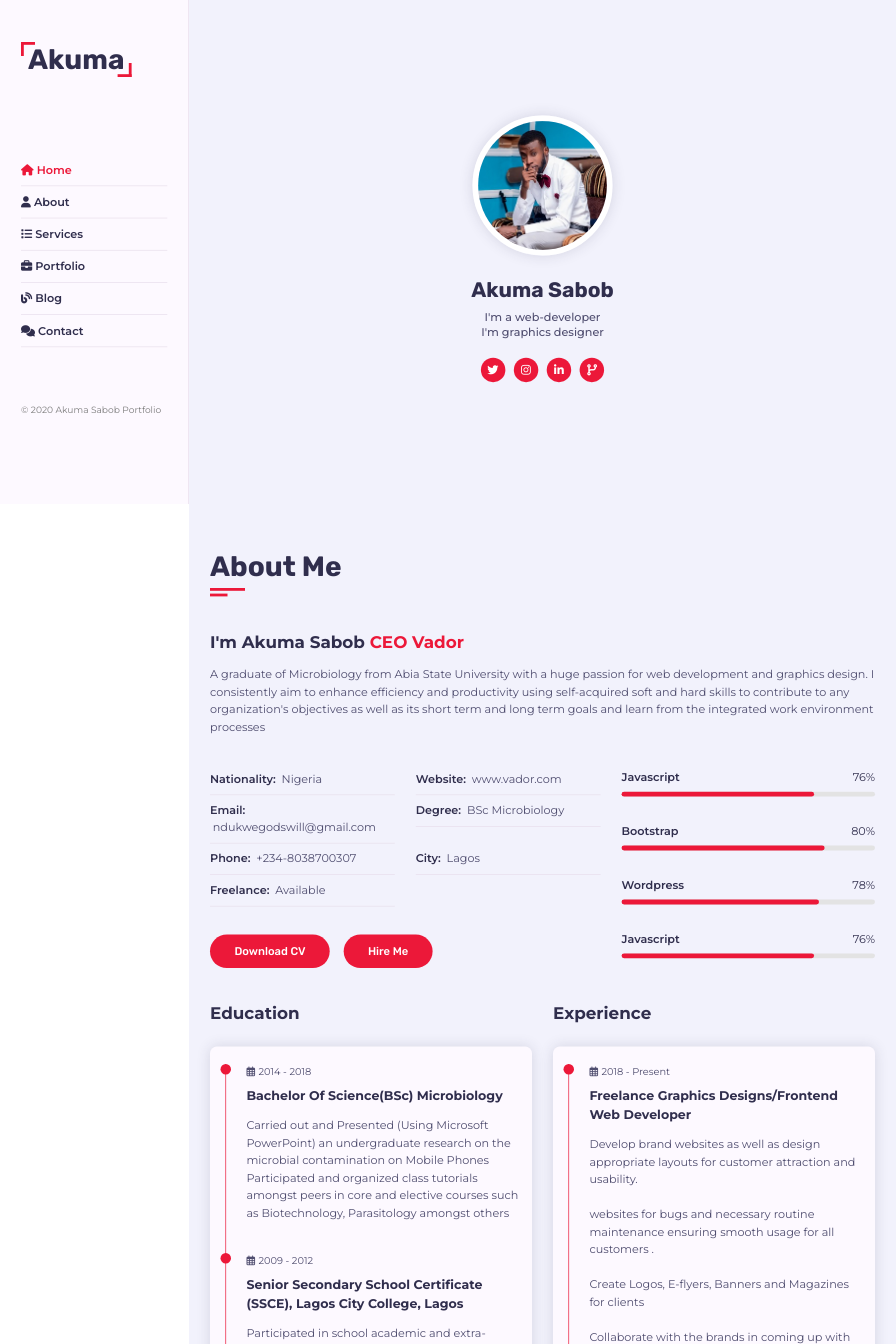
Repository: Akuma001/MY-Portfolio
Page: index.html
The author's editor kept a copy of each file at every save. The page is drawn from the files as they stood at one save, then again after the next save.
The browser window is 1280 px wide. The pictures show the part of the page from y = 0 to 1920 px (the page is 4377 px tall before and 720 px after), at 70% of full size.
Some web libraries are served in a nearby version.

Above is the page before, as saved 2020-12-15 22:30:51.

### index.html
<!DOCTYPE html>
<html lang="en">
<head>
  <title>Akuma Sabob</title>
  <meta charset="utf-8">
  <meta name="viewport" content="width=device-width, initial-scale=1">
   <!-- Template css Files -->
	<link rel="stylesheet" href="./css/style.css" type="text/css">
  <link rel="stylesheet" href="./css/skins/pink.css" type="text/css">
  <!-------Favcon icon-------->
  <link href="./images/favicon.ico" rel="icon" type="image/x-icon" />
  <!------------Font-Awesome---------------->
  <script src="https://kit.fontawesome.com/bd6f97032f.js" crossorigin="anonymous"></script>
</head>
<body>
<!-----------Main------------->
<div class="main-container">
<!-----------Side------------->
  <div class="aside">
    <div class="logo">
      <a href="#">Akuma</a>
    </div>

     <!----------Nav toggler---------->
     <div class="nav-toggler">
       <span></span>
     </div>
     <!----------Nav toggler---------->

    <!----------Nav Bar---------->
    <ul class="nav">
      <li><a href="#" class="active"><i class="fa fa-home"></i> Home</a></li>
      <li><a href="#"><i class="fa fa-user"></i> About</a></li>
      <li><a href="#"><i class="fa fa-list"></i> Services</a></li>
      <li><a href="#"><i class="fa fa-briefcase"></i> Portfolio</a></li>
      <li><a href="#"><i class="fas fa-blog"></i> Blog</a></li>
      <li><a href="#"><i class="fa fa-comments"></i> Contact</a></li>
    </ul>
    <div class="copyright-text">
      &copy; 2020 Akuma Sabob Portfolio
    </div>

  </div>
<!-----------Side End------------->

<!-----------Main content------------->
  <div class="main-content">

    <section class="home section">
      <div class="container">
        <div class="intro">
          <img src="./images/profile.jpg" alt="Profile" class="shadow-dark">
          <h1>Akuma Sabob</h1>
          <p>I'm a web-developer <br> I'm graphics designer</p>
          <div class="social-link">
            <a href="#"><i class="fa fa-twitter"></i></a>
            <a href="#"><i class="fa fa-instagram"></i></a>
            <a href="#"><i class="fa fa-linkedin"></i></a>
            <a href="#"><i class="fas fa-code-branch"></i></a>
          </div>
        </div>
      </div>
    </section>

    <!-----------About------------->

      <section class="about section ">
        <div class="container">
          <div class="row">
            <div class="section-title padd-15">
              <h2>About Me</h2>
            </div>
          </div>
          <div class="row">
            <div class="about-content padd-15">
              <div class="row">
                <div class="about-text padd-15">
                  <h3>I'm Akuma Sabob <span> CEO Vador </span></h3>
                  <p>A graduate of Microbiology from Abia State University with a huge
                    passion for web development and graphics design. I consistently aim
                    to enhance efficiency and productivity using self-acquired soft and
                    hard skills to contribute to any organization's objectives as well as its
                    short term and long term goals and learn from the integrated work
                    environment processes</p>
                </div>
              </div>
              <div class="row">
                <div class="personal-info padd-15">
                  <div class="row">
                    <div class="info-item padd-15">
                      <p>Nationality: <span>Nigeria</span></p>
                    </div>
                    <div class="info-item padd-15">
                      <p>Website: <span>www.vador.com</span></p>
                    </div>
                    <div class="info-item padd-15">
                      <p>Email: <span>ndukwegodswill@gmail.com</span></p>
                    </div>
                    <div class="info-item padd-15">
                      <p>Degree: <span>BSc Microbiology</span></p>
                    </div>
                    <div class="info-item padd-15">
                      <p>Phone: <span>+234-8038700307</span></p>
                    </div>
                    <div class="info-item padd-15">
                      <p>City: <span>Lagos</span></p>
                    </div>
                    <div class="info-item padd-15">
                      <p>Freelance: <span>Available</span></p>
                    </div>
                  </div>
                  <div class="row">
                    <div class="buttons padd-15">
                      <a href="#" class="btn">Download CV</a>
                      <a href="#" class="btn">Hire Me</a>
                    </div>
                  </div>
                </div>
                <div class="skills padd-15">
                  <div class="row">
                    <div class="skill-item padd-15">
                      <h5>Javascript</h5>
                      <div class="progress">
                        <div class="progress-in" style="width: 76%;"></div>
                        <div class="skill-percent">76%</div>
                      </div>
                    </div>
                    <div class="skill-item padd-15">
                      <h5>Bootstrap</h5>
                      <div class="progress">
                        <div class="progress-in" style="width: 80%;"></div>
                        <div class="skill-percent">80%</div>
                      </div>
                    </div>
                    <div class="skill-item padd-15">
                      <h5>Wordpress</h5>
                      <div class="progress">
                        <div class="progress-in" style="width: 78%;"></div>
                        <div class="skill-percent">78%</div>
                      </div>
                    </div>
                    <div class="skill-item padd-15">
                      <h5>Javascript</h5>
                      <div class="progress">
                        <div class="progress-in" style="width: 76%;"></div>
                        <div class="skill-percent">76%</div>
                      </div>
                    </div>
                  </div>
                </div>
              </div>

              <div class="row">
                <div class="education padd-15">
                  <h3 class="title">Education</h3>
                  <div class="row">
                    <div class="timeline-box padd-15">
                    <div class="timeline shadow-dark">
                      <!-----------Timeline item------------->
                      <div class="timeline-item">
                        <div class="circle-dot"></div>
                          <h6 class="timeline-date">
                            <i class="far fa-calendar-alt"></i>2014 - 2018
                          </h6>
                          <h4 class="timeline-title">Bachelor of Science(BSc) Microbiology</h4>
                          <p class="timeline-text">
                            Carried out and Presented (Using Microsoft PowerPoint) an undergraduate research on
                            the microbial contamination on Mobile Phones <br>Participated and organized class tutorials
                            amongst peers in core and elective courses such as Biotechnology, Parasitology amongst others
                          </p>
                        </div>
                         <!-----------Timeline item End------------->
                         <!-----------Timeline item------------->
                      <div class="timeline-item">
                        <div class="circle-dot"></div>
                          <h6 class="timeline-date">
                            <i class="far fa-calendar-alt"></i>2009 - 2012
                          </h6>
                          <h4 class="timeline-title">Senior Secondary School Certificate (SSCE), Lagos City College, Lagos</h4>
                          <p class="timeline-text">
                            Participated in school academic and extra-curricular activities as a member of the school’s
                            sport team and well as a participant in inter House sports activities
                          </p>
                        </div>
                         <!-----------Timeline item End------------->
                      </div>
                    </div>
                  </div>
                </div>
                <div class="experience padd-15">
                    <h3 class="title">Experience</h3>
                    <div class="row">
                      <div class="timeline-box padd-15">
                      <div class="timeline shadow-dark">
                        <!-----------Timeline item------------->
                        <div class="timeline-item">
                          <div class="circle-dot"></div>
                            <h6 class="timeline-date">
                              <i class="far fa-calendar-alt"></i>2018 - Present
                            </h6>
                            <h4 class="timeline-title">Freelance graphics Designs/Frontend Web Developer</h4>
                            <p class="timeline-text">
                              Develop brand websites as well as design appropriate layouts for customer
                              attraction and usability. <br>
                              <br> websites for bugs and necessary routine maintenance ensuring
                              smooth usage for all customers . <br><br>
                              Create Logos, E-flyers, Banners and Magazines for clients<br><br>
                              Collaborate with the brands in coming up with appropriate and user friendly
                              layouts for easy navigation of the website by customers.
                            </p>
                          </div>
                           <!-----------Timeline item End------------->
                           <!-----------Timeline item------------->
                        <div class="timeline-item">
                          <div class="circle-dot"></div>
                            <h6 class="timeline-date">
                              <i class="far fa-calendar-alt"></i>2019 - 2020
                            </h6>
                            <h4 class="timeline-title">Nigeria Christian Corpers' Fellowship (NCCF)
                              Publicity Secretary</h4>
                            <p class="timeline-text">
                              Developed the state website for increased publicity and easy information
                              dissemination amongst all the state chapters in Nigeria <br><br>
                              Led the publicity team on the dissemination of information during all public
                              excursion exercises and Events.<br><br>
                              Designed the Yearly State magazine.
                            </p>
                          </div>
                           <!-----------Timeline item End------------->
                           <!-----------Timeline item------------->
                        <div class="timeline-item">
                          <div class="circle-dot"></div>
                            <h6 class="timeline-date">
                              <i class="far fa-calendar-alt"></i>2018 - 2019
                            </h6>
                            <h4 class="timeline-title">Production Manager</h4>
                            <p class="timeline-text">
                              Carried out theoretical analysis on water before necessary production is carried
                              out to ensure product quality and uniformity <br><br>
                              Collaborated with the administrative unit of the organization to ensure smooth
                              running of all unit logistics <br><br>
                              Supervised the daily production of products exceeding daily expectations and ensuring
                              proper packaging of all produced goods
                            </p>
                          </div>
                           <!-----------Timeline item End------------->
                        </div>
                      </div>
                    </div>
                </div>
              </div>

            </div>
          </div>
        </div>
      </section>
    <!-----------About End------------->


    <!-------------Service Section------------->
      <section class="service section">
        <div class="container">
          <div class="row">
            <div class="section-title padd-15">
              <h2>Services</h2>
            </div>
          </div>
          <div class="row">
            <!---------------Service-item----------------->
            <div class="service-item padd-15">
              <div class="service-item-inner">
                <div class="icon"><i class="fas fa-laptop"></i></div>
                <h4>Web Design</h4>
                <p>Lorem ipsum dolor sit amet consectetur adipisicing elit. Rem vitae corporis voluptatem.</p>
              </div>
            </div>
            <!---------------Service-item----------------->
             <!---------------Service-item----------------->
             <div class="service-item padd-15">
              <div class="service-item-inner">
                <div class="icon"><i class="fas fa-paint-brush"></i></div>
                <h4>Logo Design</h4>
                <p>Lorem ipsum dolor sit amet consectetur adipisicing elit. Rem vitae corporis voluptatem.</p>
              </div>
            </div>
            <!---------------Service-item----------------->
             <!---------------Service-item----------------->
             <div class="service-item padd-15">
              <div class="service-item-inner">
                <div class="icon"><i class="fas fa-code"></i></div>
                <h4>Web Development</h4>
                <p>Lorem ipsum dolor sit amet consectetur adipisicing elit. Rem vitae corporis voluptatem.</p>
              </div>
            </div>
            <!---------------Service-item----------------->
             <!---------------Service-item----------------->
             <div class="service-item padd-15">
              <div class="service-item-inner">
                <div class="icon"><i class="fas fa-palette"></i></div>
                <h4>Graphics Design</h4>
                <p>Lorem ipsum dolor sit amet consectetur adipisicing elit. Rem vitae corporis voluptatem.</p>
              </div>
            </div>
            <!---------------Service-item----------------->
             <!---------------Service-item----------------->
             <div class="service-item padd-15">
              <div class="service-item-inner">
                <div class="icon"><i class="fas fa-file-powerpoint"></i></div>
                <h4>PowerPoint Presentation</h4>
                <p>Lorem ipsum dolor sit amet consectetur adipisicing elit. Rem vitae corporis voluptatem.</p>
              </div>
            </div>
            <!---------------Service-item----------------->
             <!---------------Service-item----------------->
             <div class="service-item padd-15">
              <div class="service-item-inner">
                <div class="icon"><i class="fas fa-globe"></i></div>
                <h4>SEO Optimization</h4>
                <p>Lorem ipsum dolor sit amet consectetur adipisicing elit. Rem vitae corporis voluptatem.</p>
              </div>
            </div>
            <!---------------Service-item----------------->
          </div>
        </div>
      </section>
    <!-------------Service Section End------------->


    <!-------------Portfolio--------------->
    <section class="service section">
      <div class="container">
        <div class="row">
          <div class="section-title padd-15">
            <h2>Portfolio</h2>
          </div>
        </div>
      </div>
    </section>

    <!-------------Portfolio End------------->
  </div>
<!-----------Main content End------------->
</div>
<!-----------Main------------->
</body>
</html>

### css/skins/pink.css
.aside .logo a::before{
    border-top: 4px solid #ec1839;
    border-left: 4px solid #ec1839;
}

.aside .logo a::after{
    border-right: 4px solid #ec1839;
    border-bottom: 4px solid #ec1839;
}

.service .service-item .service-item-inner .icon .fas,
.about .about-content .about-text h3 span,
.aside .nav li a:hover,
.aside .nav li a.active{
    color: #ec1839;
}

.service .service-item .service-item-inner:hover .icon,
.about .about-content .timeline .circle-dot,
.about .about-content .timeline .timeline-item::before,
.about .about-content .skills .skill-item .progress .progress-in,
.btn,
.section-title h2::after,
.section-title h2::before,
.aside .nav-toggler span,
.aside .nav-toggler span::before,
.aside .nav-toggler span::after,
.home .intro .social-link a{
    background-color: #ec1839;
}

Loaded but not shown: css/style.css (544 lines, source omitted)

After the next save:
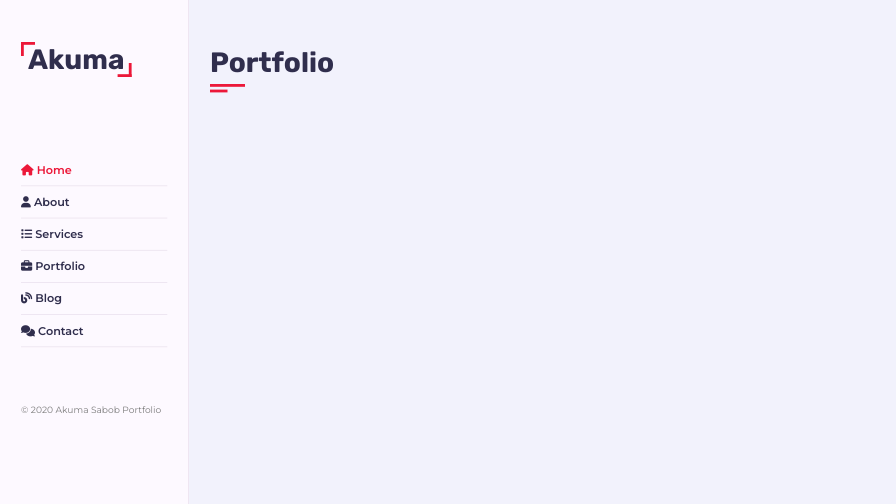
Saved 73 s later.
--- a/index.html
+++ b/index.html
@@ -46,7 +46,7 @@
 <!-----------Main content------------->
   <div class="main-content">
 
-    <section class="home section">
+    <section class="home section hidden">
       <div class="container">
         <div class="intro">
           <img src="./images/profile.jpg" alt="Profile" class="shadow-dark">
@@ -64,7 +64,7 @@
 
     <!-----------About------------->
 
-      <section class="about section ">
+      <section class="about section hidden">
         <div class="container">
           <div class="row">
             <div class="section-title padd-15">
@@ -258,7 +258,7 @@
 
 
     <!-------------Service Section------------->
-      <section class="service section">
+      <section class="service section hidden">
         <div class="container">
           <div class="row">
             <div class="section-title padd-15">
